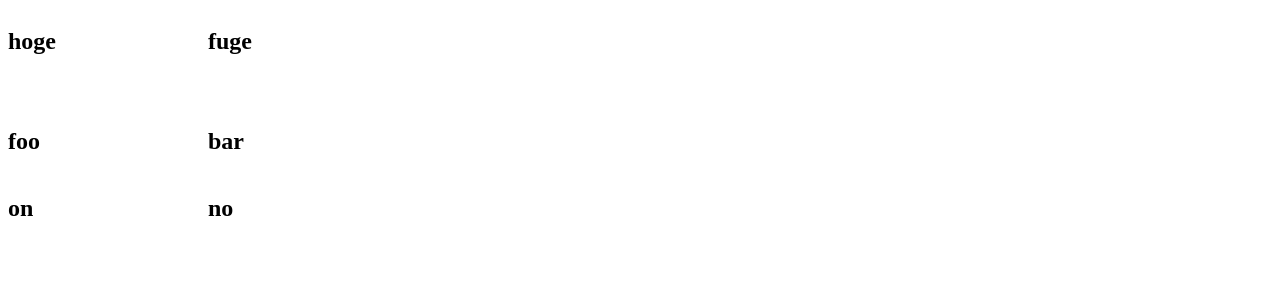
Repository: hayatesan8810/samurai_HTML-CSS
Page: hoge.html
The author's editor kept a record of every edit. The page is drawn from the files as they stood at one moment, then again after the next edit.
The browser window is 1280 px wide. The pictures show the whole page.

Above is the page before.

### hoge.html
<!DOCTYPE html>
<html>
    <head>
        <style>
           #grid{
               display:grid;
              grid-template-columns:200px 200px;
              grid-template-rows:100px;
           }
        </style>
    </head>
    <body>
        <div id="grid">
            <h2>hoge</h2>
            <h2>fuge</h2>
            <h2>foo</h2>
            <h2>bar</h2>
            <h2>on</h2>
            <h2>no</h2>
        </div>
    </body>
</html>

After the next edit:
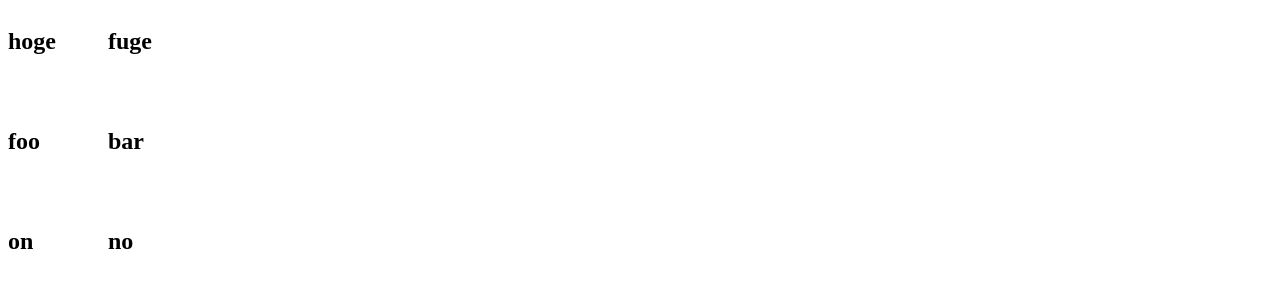
The edit:
--- a/hoge.html
+++ b/hoge.html
@@ -4,8 +4,8 @@
         <style>
            #grid{
                display:grid;
-              grid-template-columns:200px 200px;
-              grid-template-rows:100px;
+               grid-template-columns:100px 100px;
+              grid-template-rows:100px 100px 100px;
            }
         </style>
     </head>
